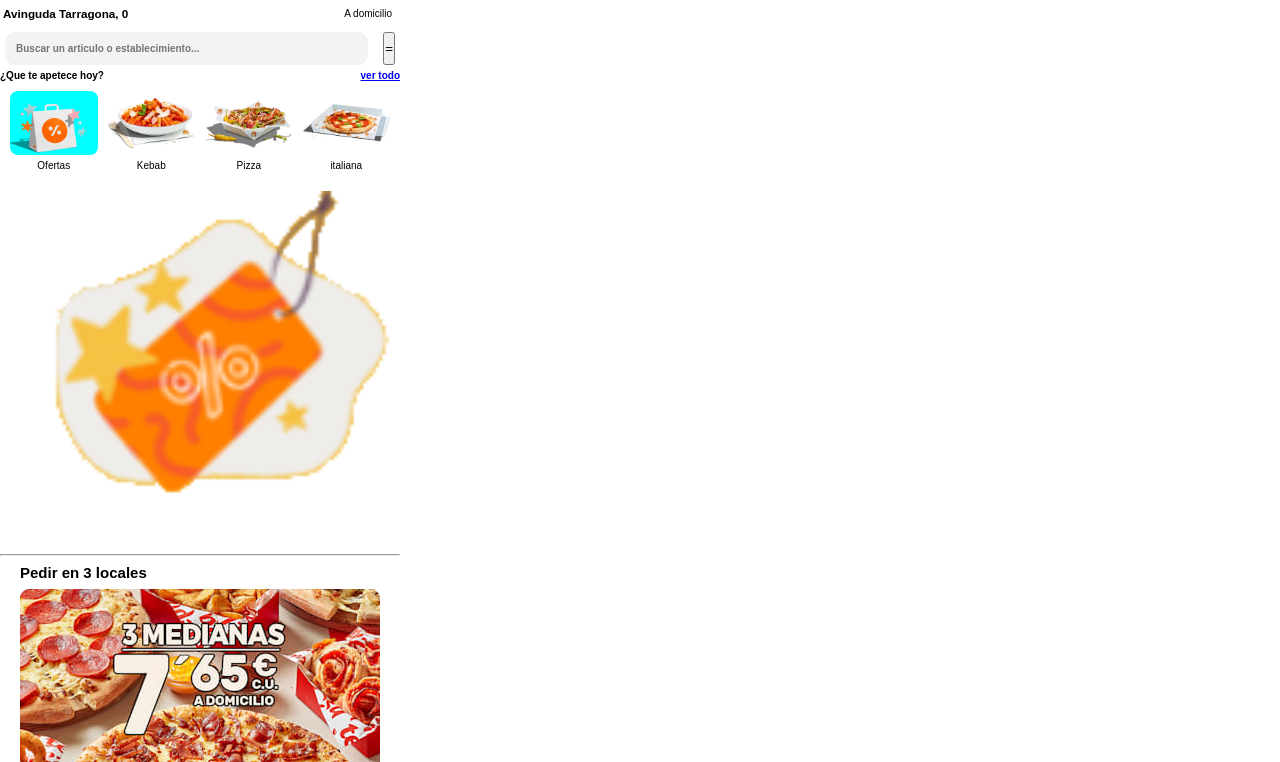
Repository: Srpinedaa/justEat
Page: index.html
These files come from the project's save history. The page is drawn as it stood at one moment and after the next save; the edit follows.
The browser window is 1280 px wide. The pictures show the part of the page from y = 0 to 762 px (the page is 1348 px tall).
A picture or video elsewhere on the page could not be fetched, so the positions and the page height are approximate.

Above is the page before, as saved 2024-10-02 16:58:14.

After the next save:
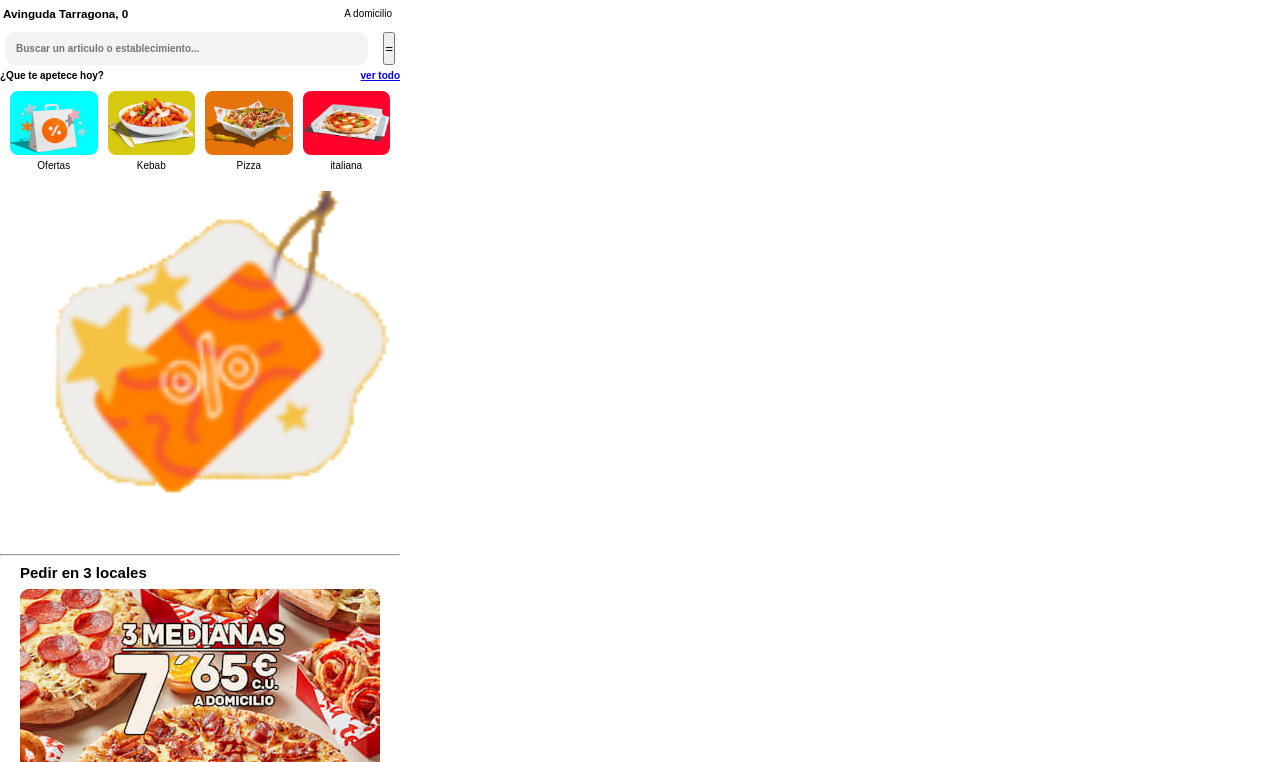
Saved 31 s later.
--- a/css/estilos.css
+++ b/css/estilos.css
@@ -115,16 +115,20 @@
 }
 
 .kebab img{
+    background-color: rgb(214, 201, 14);
 
 }
 
 .kebab2 img{
+    background-color: rgb(230, 116, 11);
 
 }
 
 .pizza img{
+    background-color: rgb(255, 0, 43);
 
 }
+
 .fotoComida p{
     margin: 5px 0;
 }
